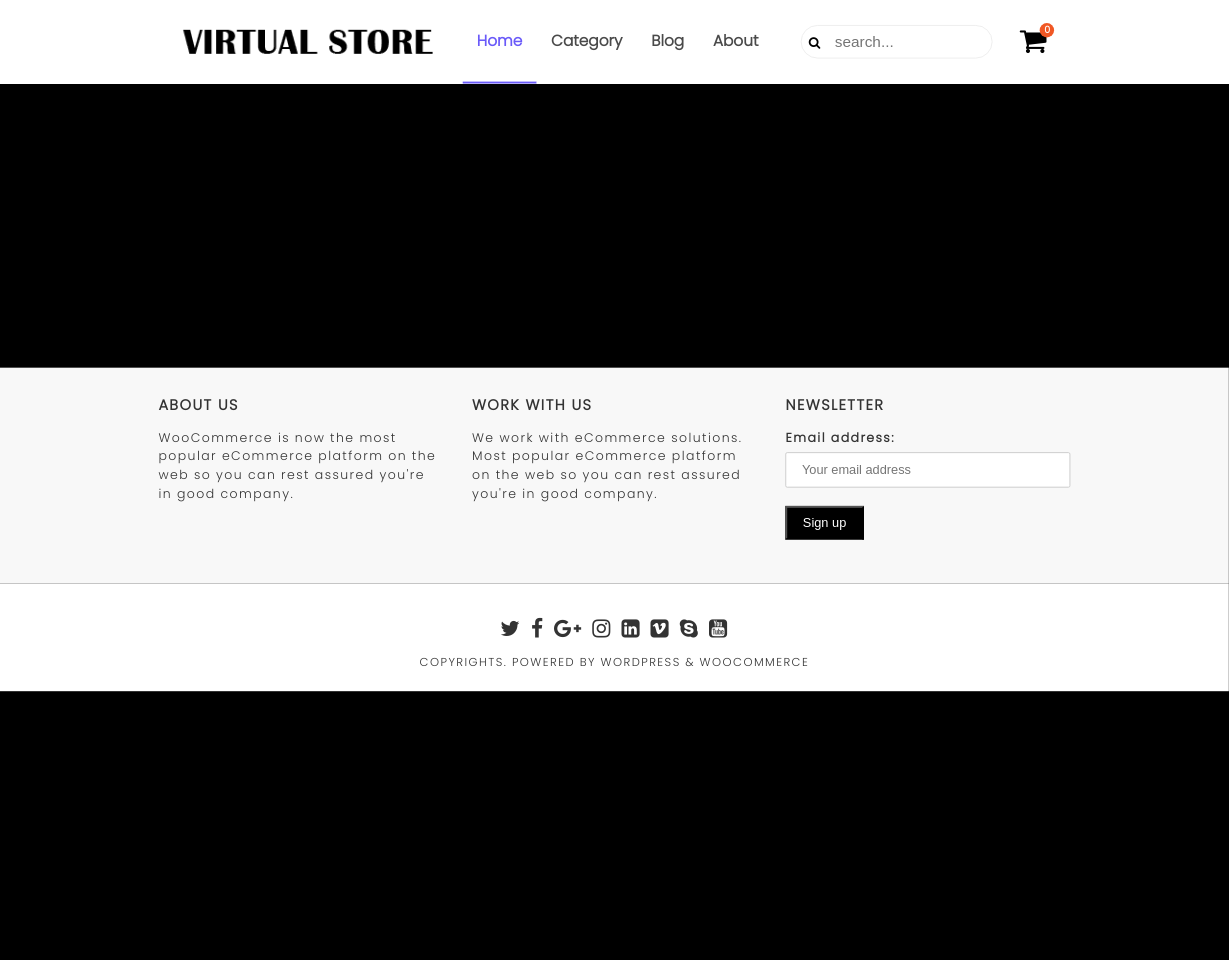
Repository: dungle03/tke_web_nhom_15
Page: index.html
An editor plug-in stored every save of this project. The page is shown before and after the next save, followed by the edit.
The browser window is 1280 px wide. The pictures show the whole page, at 96% of full size.

Above is the page before, as saved 2022-09-13 23:02:34.
Not found: resest.css

### index.html
<!DOCTYPE html>
<html lang="en">
<head>
    <meta charset="UTF-8">
    <meta http-equiv="X-UA-Compatible" content="IE=edge">
    <meta name="viewport" content="width=device-width, initial-scale=1.0">
    <title>Home</title>
    <link
    rel="stylesheet"
    href="https://cdnjs.cloudflare.com/ajax/libs/font-awesome/4.7.0/css/font-awesome.min.css"
    integrity="sha512-SfTiTlX6kk+qitfevl/7LibUOeJWlt9rbyDn92a1DqWOw9vWG2MFoays0sgObmWazO5BQPiFucnnEAjpAB+/Sw=="
    crossorigin="anonymous"
  />
  <link href="https://fonts.googleapis.com/css2?family=Poppins:wght@300&display=swap" rel="stylesheet">
    <link rel="stylesheet" href="./resest.css">
    <link rel="stylesheet" href="./CSS/header.css">
    <link rel="stylesheet"  href="./CSS/footer.css">
</head>
<body>
    <div class="main-header">
        <div class="header" id="head">
            <div class="logo">
                <a href="#head">
                    <img src="./IMG/IMG_LOGO/logo.png" alt="img">
                </a>
            </div>
            <ul class="navi">
                <li class="item active"><a href="#" class="home">Home</a>
                </li>
                <li class="item category-more"><a href="#" class="category">Category</a>
                    <!-- <ul class="subnavy">
                        <li><a href="#">All products</a></li>
                        <li><a href="#">Furniture</a></li>
                        <li><a href="#">Sale</a></li>
                    </ul> -->
                </li>
                <li class="item"><a href="#" class="blog">Blog</a>
                </li>
                <li class="item"><a href="#" class="about">About</a>
                </li>
            </ul>
            <div class="wrap-search">
                <i class="fa fa-search icon-search"></i>
                <input type="text" class="input-search" placeholder="search...">
            </div>
            <div class="wrap-incon-cart">
                <i class="fa fa-shopping-cart icon-cart"></i>
            </div>
        </div>
    </div>
    <!-- /////////////////////////////////////// -->
        <div class="footer">
            <div class="main-foot">
                <div class="container">
                    <div class="foot-col">
                        <h3 class="footer-title">ABOUT US</h3>
                        <div class="textwidget">WooCommerce is now the most popular eCommerce platform on the web so you can rest assured you're in good company.</div>
                    </div>
                    <div class="foot-col">
                        <h3 class="footer-title">WORK WITH US</h3>
                        <div class="textwidget">We work with eCommerce solutions. Most popular eCommerce platform on the web so you can rest assured you're in good company.</div>
                    </div>
                    <div class="foot-col">
                        <h3 class="footer-title">NEWSLETTER</h3>
                        <form class="newsletter">
                            <p>
                                <label for="EMAIL" class="label-email">Email address:</label>
                                <input type="email" class="input-email" name="EMAIL" placeholder="Your email address" required="">
                            </p>
                            <p>
                                <input type="submit" class="btn-submit" value="Sign up">
                            </p>
                        </form>
                    </div>
                </div>
            </div>
            <div class="bottom-foot">
                <div class="container">
                    <div class="foot-socials">
                        <ul>
                            <li><a href=""></a><i class="fa fa-twitter"></i></li>
                            <li><a href=""></a><i class="fa fa-facebook"></i></li>
                            <li><a href=""></a><i class="fa fa-google-plus"></i></li>
                            <li><a href=""></a><i class="fa fa-instagram"></i></li>
                            <li><a href=""></a><i class="fa fa-linkedin-square"></i></li>
                            <li><a href=""></a><i class="fa fa-vimeo-square"></i></li>
                            <li><a href=""></a><i class="fa fa-skype"></i></li>
                            <li><a href=""></a><i class="fa fa-youtube-square"></i></li>
                        </ul>
                        <p class="credits">Copyrights. Powered by WordPress & WooCommerce</p>
                    </div>
                </div>
            </div>
        </div>
    </body>
    </html>

### CSS/header.css
html {
    font-family: "Poppins", sans-serif;
    box-sizing: border-box;
    font-size: 62.5%;

  }
  * {
    margin: 0;
    padding: 0;
  }
  *,
  *:before,
  *:after {
    box-sizing: border-box;
  }
  input,
  textarea,
  select,
  button {
    outline: none;
  }
  input {
    line-height: normal;
  }
  label,
  button {
    cursor: pointer;
  }
  a {
    text-decoration: none;
  }
  img {
    display: block;
    max-width: 100%;
  }
  body{
    height: 1000px;
    background-color: black;
  }
/* /////////// HEADER  /////////// */
.main-header{
  width: 100%;
  position: fixed;
  top: 0;
  left: 0;
  background-color: white;
  z-index: 100;
}
.header{
    width: 100%;
    padding:0 190px ;
    display: flex;
    align-items: center;
    justify-content: space-between;
}
  .logo{

}
.navi{
    display: flex;
    width: max-content;
}
.navi a{
  color: #4a4a4a;;

}
.navi .item{
  list-style-type: none;
    /* width: max-content; */
    white-space: nowrap;
    padding:  30px 15px;
    cursor: pointer;
    color: #999;
    font-weight: 600;
    flex: 1;
    display: flex;
    align-items: center;
    justify-content: center;
    border-radius: inherit;
    border-bottom: 2px solid white;
}

.wrap-search{
  position: relative;
}
.icon-search{
  position: absolute;
  top: 50%;
  left: 15px;
  transform: translate(-50%,-50%);
  font-size: 13px;
}
.input-search{
  width: 200px;
  height: 35px;
  padding-left: 35px;
  border-radius: 20px;
  border: 1px solid #eee;
  font-size: 16px;
}
.wrap-incon-cart{
  width: max-content;
  position: relative;
}
.icon-cart{
  font-size: 30px;
}
.wrap-incon-cart::before{
  content: "0";
  display: flex;
  justify-content: center;
  align-items: center;
  position: absolute;
  font-weight:600 ;
  color: white;
  font-size: 10px;
  width: 15px;
  height: 15px;
  border-radius: 15px;
  background-color: #f05724;
  z-index: 100;
  top: -10%;
  right: -30%;
}
.navi .item.active a{
  color: #6a5af9;
}

.navi .item:hover{
    color: #6a5af9;
  border-bottom-color: currentColor;
}

.navi .item.active{
  border-bottom-color: #6a5af9;
}

.category-more{
  position: relative;
}

.subnavy{
  position: absolute;
  top: 110%;

}

/* FORTER */
.footer{
  position: absolute  ;
  bottom: 0px;
}
.main-foot{
  background-color:
#f8f8f8;
background-position:
0px 0px;
color:#333333;
font-size:13px;
letter-spacing:1.5px;
line-height:19.6px;
padding:15px 0px 28px 0px;
}

.main-foot .container{
  display: flex;
  padding: 0 150px;
}

.main-foot .container .foot-col{
  display: inline-block;
  width: calc(100% / 3);
  padding:
0px 15px;
}


.main-foot .container .foot-col:first-child, .foot-col:nth-child(2){
  color:
#333333;
letter-spacing:
1.5px;
line-height:
19.6px;
padding:
0px 15px;
}
.footer-title{
  margin: 14px 0;
}

.newsletter{
  color:
#333333;
font-size:
13px;
letter-spacing:
1.5px;
line-height:
19.6px;
}
.label-email{
  font-weight: 700;
  margin-bottom: 6px;
  display: block;
}
.input-email{
  width: 100%;
  background-color:
#ffffff;
background-position:
0px 0px;
border-color:
#cccccc;
border-radius:
2px;
border-style:
solid;
border-width:
1px;
color:
#555555;
font-family:
Arial;
font-size:
13.3333px;
line-height:
19.0476px;
margin:
0px 0px 5px;
padding:
8px 16px;
}
.btn-submit{
  margin: 14px 0px 18px 0px;
  display: inline-block;
  padding: 8px 16px;
  background-color: black;
  color: white;
}

/* /////// */
.bottom-foot{
  background-color:
#ffffff;
background-position:
0px 0px;
color:
#333333;
font-size:
14px;
letter-spacing:
1.5px;
line-height:
19.6px;
padding:
20px 0px;
text-align:
center;
text-transform:
uppercase;
}
li{

  list-style-type: none;
}
.bottom-foot .container{
  margin: 0 auto;
    width: 1180px;
}
.foot-socials ul{
  display: flex;
  width: max-content;
  margin: 15px auto;
}
.foot-socials ul li {
  font-size: 22px;
  margin: 0 5px;
}
.credits{
  font-size: 12px;
}

### CSS/footer.css
html {
    font-family: "Poppins", sans-serif;
    box-sizing: border-box;
    font-size: 16px;

  }
  * {
    margin: 0;
    padding: 0;
  }
  *,
  *:before,
  *:after {
    box-sizing: border-box;
  }
  input,
  textarea,
  select,
  button {
    outline: none;
  }
  input {
    line-height: normal;
  }
  label,
  button {
    cursor: pointer;
  }
  a {
    text-decoration: none;
  }
  img {
    display: block;
    max-width: 100%;
  }

After the next save:
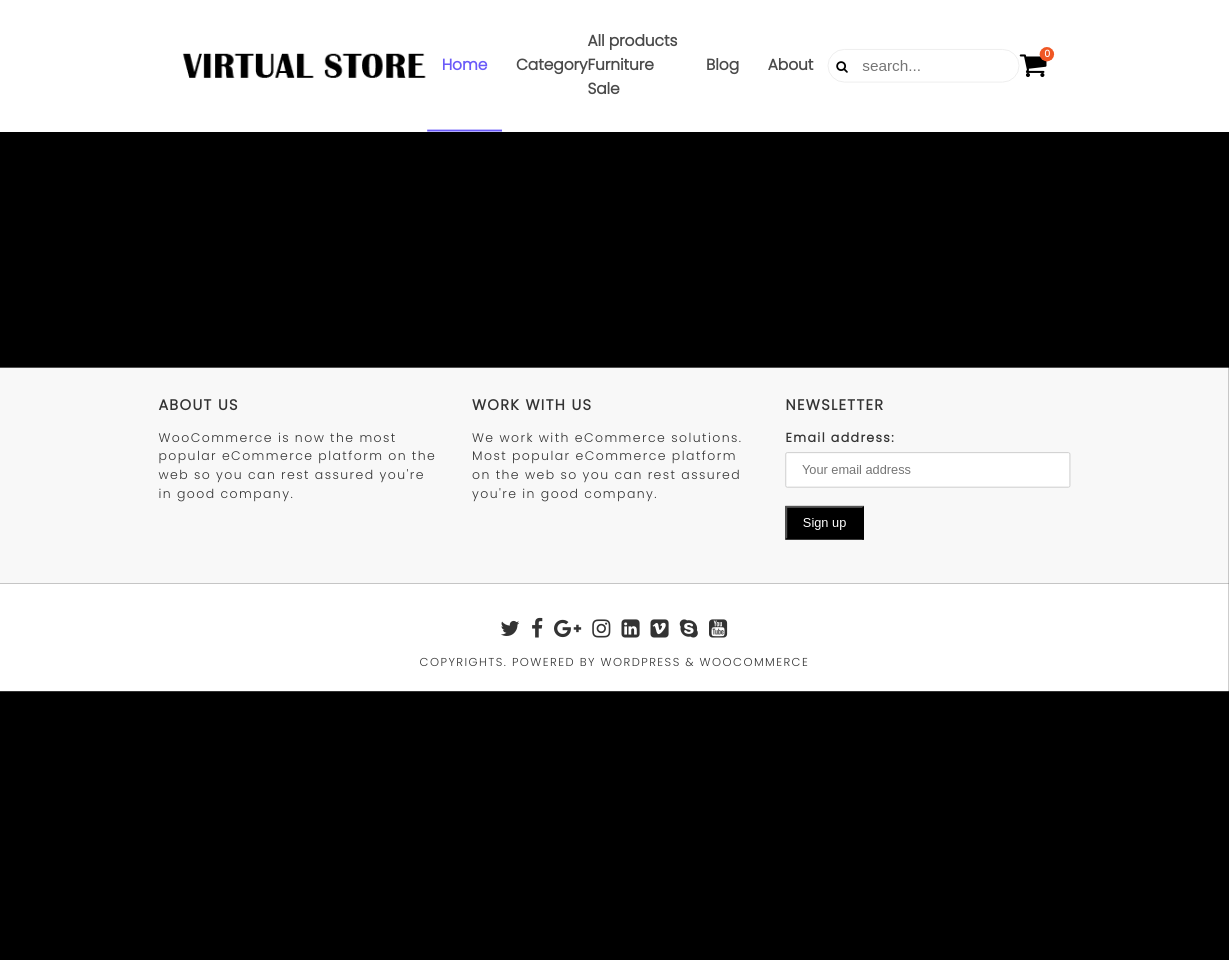
Saved 2 min 10 s later.
--- a/index.html
+++ b/index.html
@@ -28,11 +28,13 @@
                 <li class="item active"><a href="#" class="home">Home</a>
                 </li>
                 <li class="item category-more"><a href="#" class="category">Category</a>
-                    <!-- <ul class="subnavy">
+                    <div class="dropdow"></div>
+                    <div class="dropdow-select"></div>
+                    <ul class="dropdow-list">
                         <li><a href="#">All products</a></li>
                         <li><a href="#">Furniture</a></li>
                         <li><a href="#">Sale</a></li>
-                    </ul> -->
+                    </ul>
                 </li>
                 <li class="item"><a href="#" class="blog">Blog</a>
                 </li>
